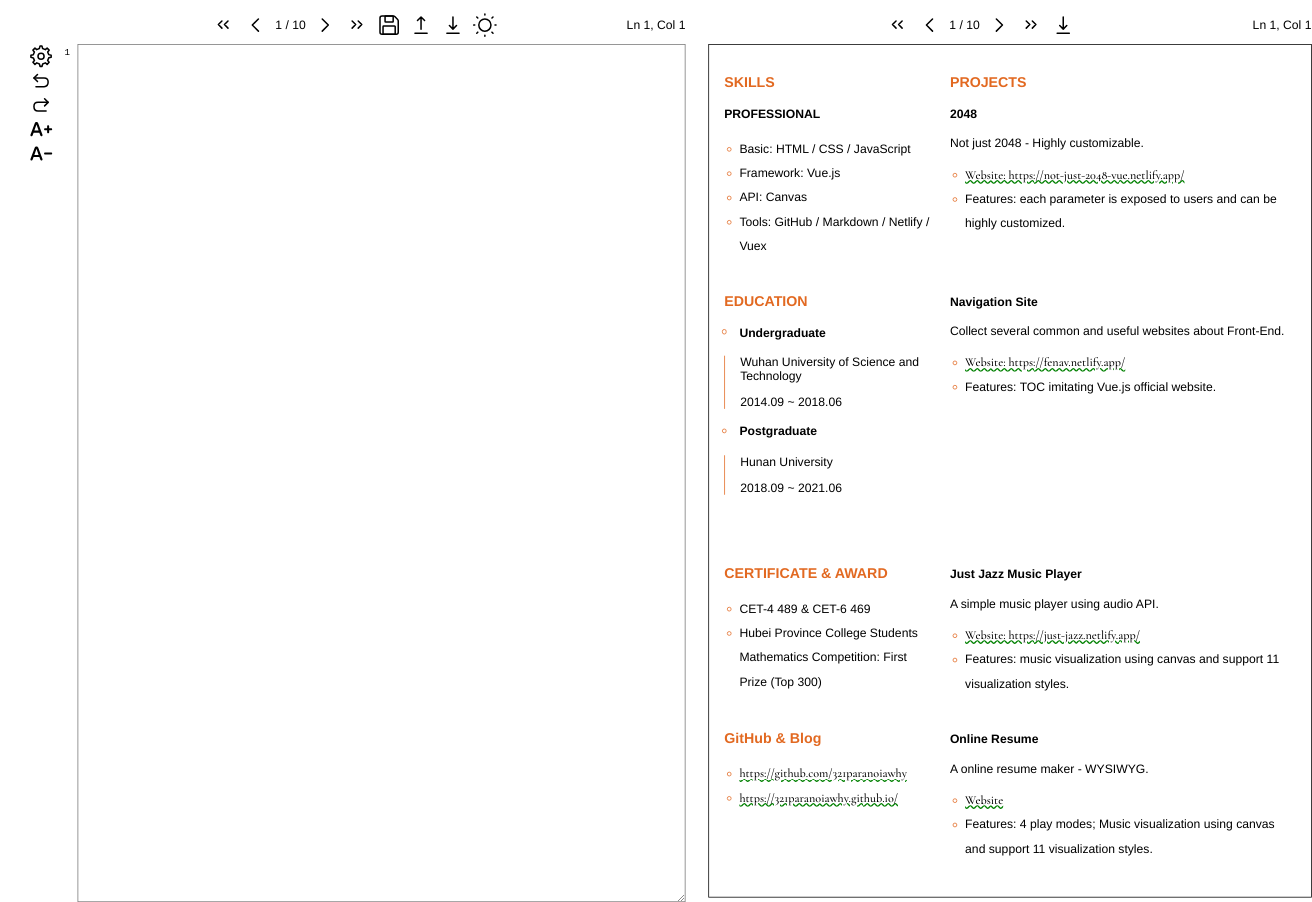
Repository: 321paranoiawhy/online-resume
Page: /
The author's editor kept a copy of each file at every save. The page is drawn from the files as they stood at one save, then again after the next save.
The browser window is 1280 px wide. The page is 1726 px wide, so the pictures cover 1726 px, including what lies to the right of the window. The pictures show the whole page, at 76% of full size.
The project was rebuilt for these pictures with package versions that can differ from the ones it lists, and the page was loaded fresh each time. Also part of the build but not shown: vue.config.js, src/components/Header.vue, src/components/Introduction.vue, src/components/Footer.vue.

Above is the page before, as saved 2022-06-08 17:44:50.

After the next save:
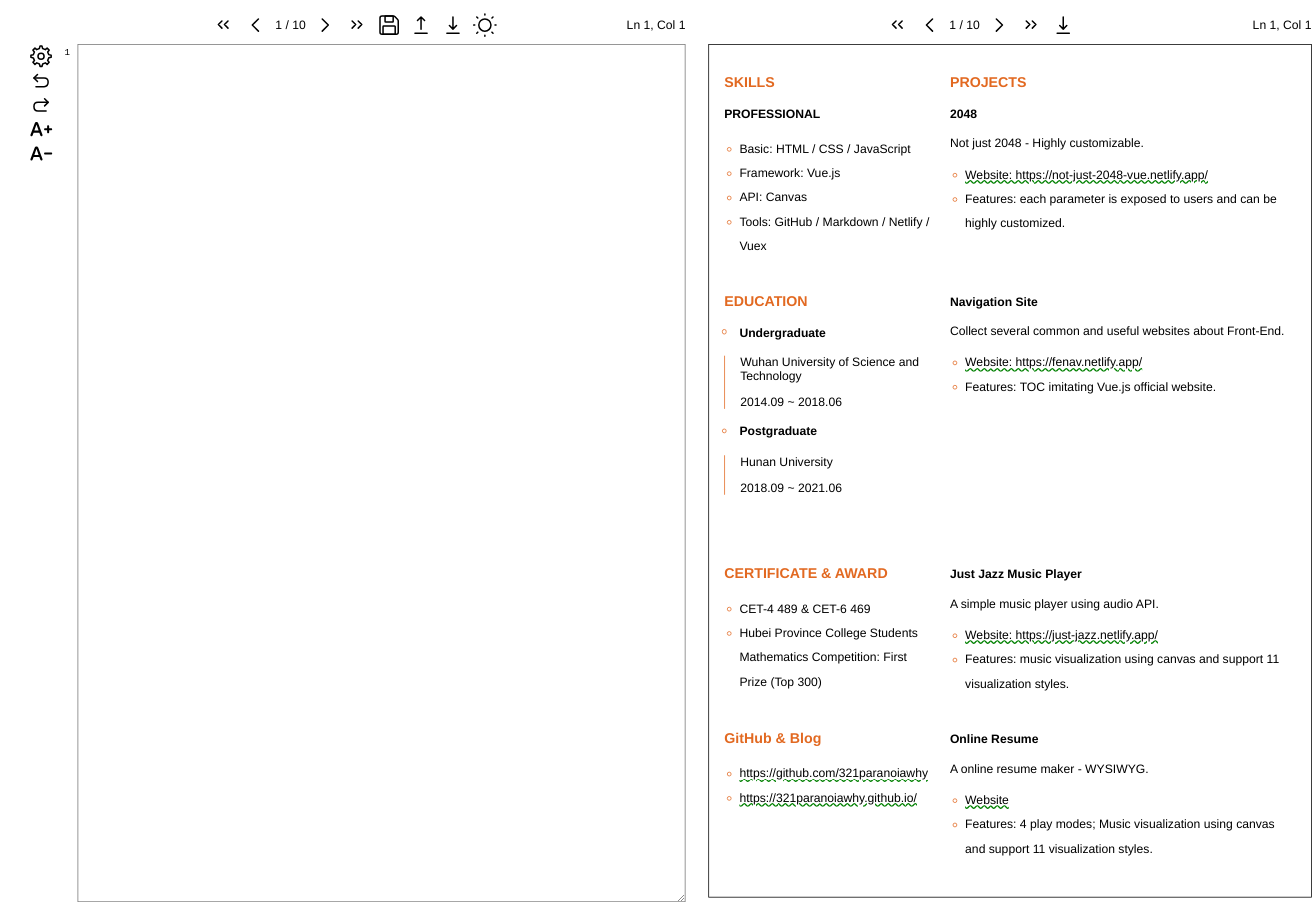
Saved 2 min 23 s later.
--- a/src/components/testTemplate.vue
+++ b/src/components/testTemplate.vue
@@ -117,7 +117,7 @@ export default {
 </script>
 
 <style scoped lang="scss">
-@import url("https://fonts.googleapis.com/css2?family=Cormorant+Garamond:wght@500&display=swap");
+// @import url("https://fonts.googleapis.com/css2?family=Cormorant+Garamond:wght@500&display=swap");
 $margin-left: 20px;
 div.grid {
     display: grid;
@@ -171,7 +171,7 @@ div.grid {
     & a {
         text-decoration: green wavy underline;
         color: inherit;
-        font-family: "Cormorant Garamond", serif;
+        // font-family: "Cormorant Garamond", serif;
     }
     & div.border {
         border-left: 1px solid #e26921;
